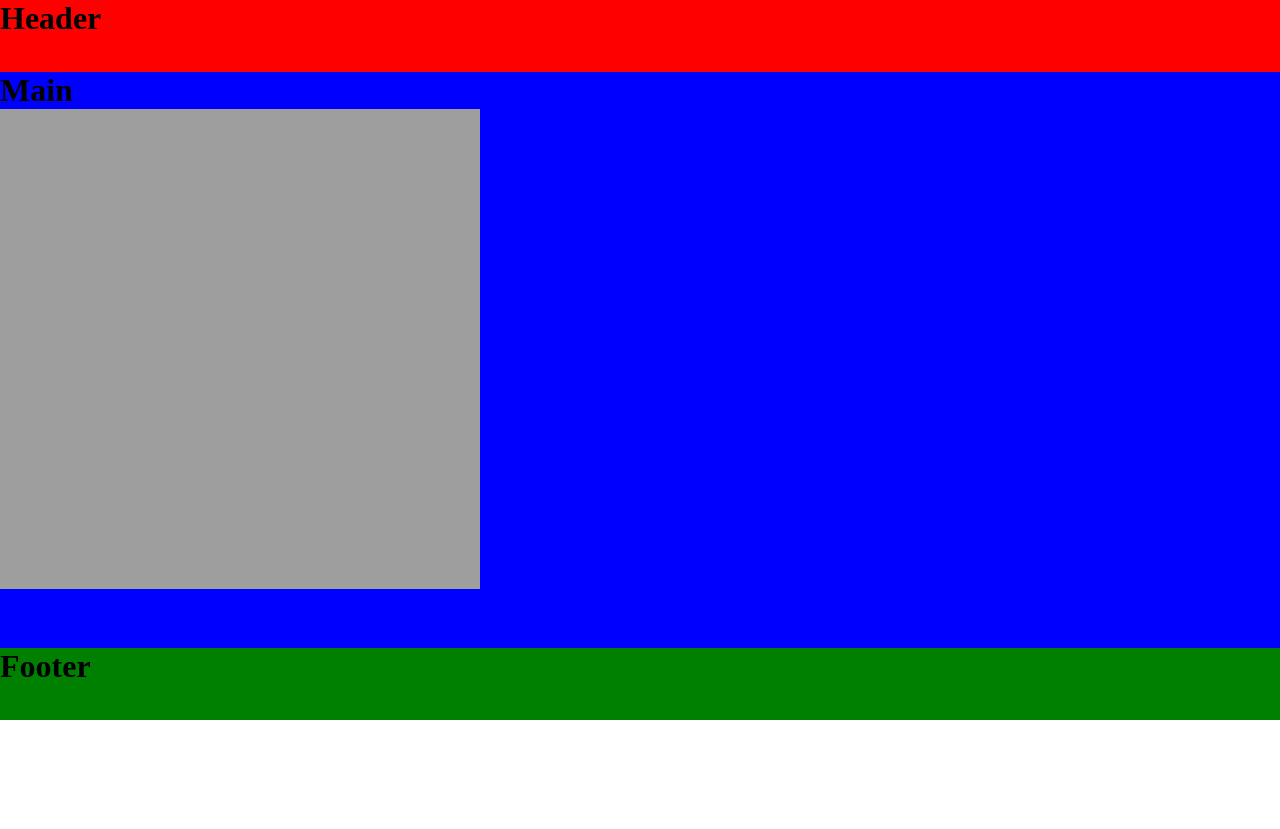
Repository: jameswilky/chess
Page: index.html
An editor plug-in stored every save of this project. The page is shown before and after the next save, followed by the edit.
The browser window is 1280 px wide. The pictures show the whole page.

Above is the page before, as saved 2018-11-22 08:36:53.

After the next save:
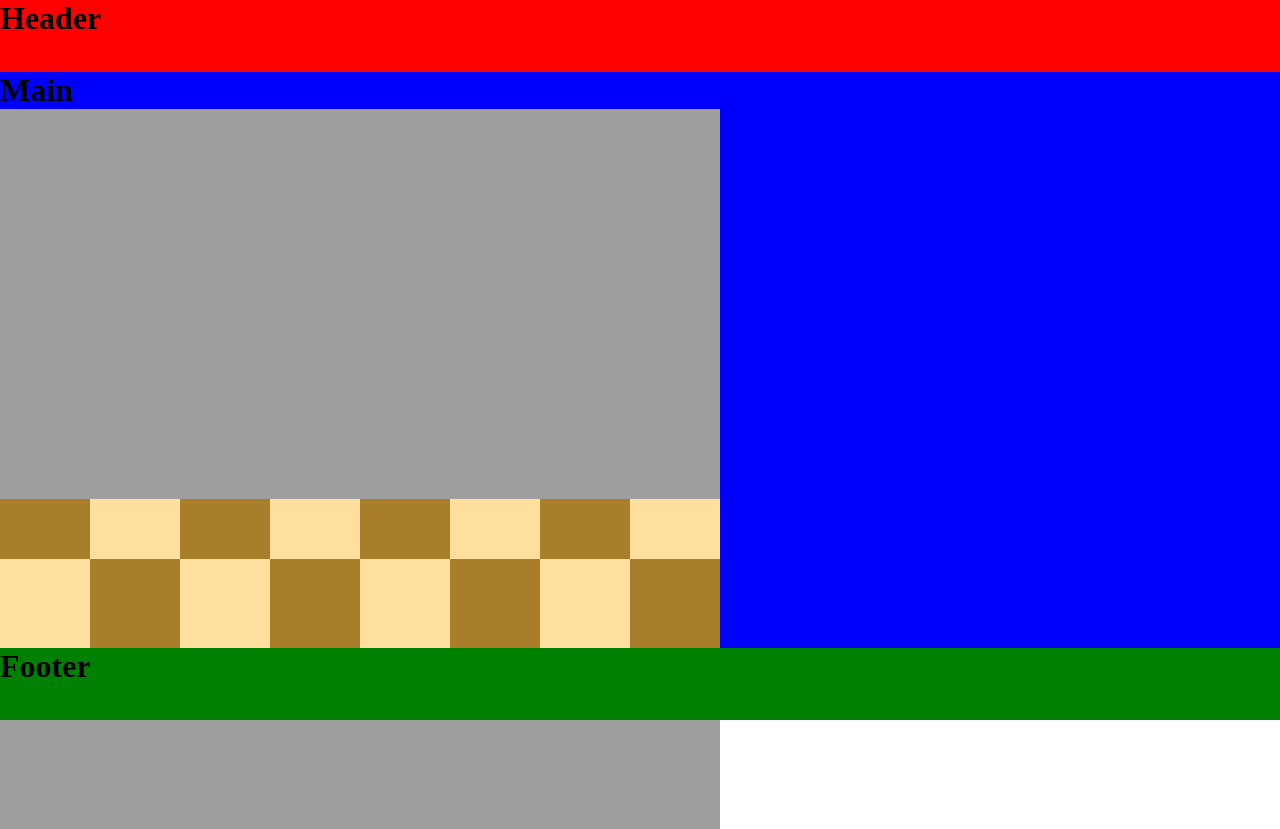
Saved 15 s later.
--- a/board.js
+++ b/board.js
@@ -1,6 +1,6 @@
 //Define globals
-const WIDTH = 480;
-const HEIGHT = 480;
+const WIDTH = 720;
+const HEIGHT = 720;
 const N = 8;
 const TILE_SIZE = HEIGHT / N; // 60
 
